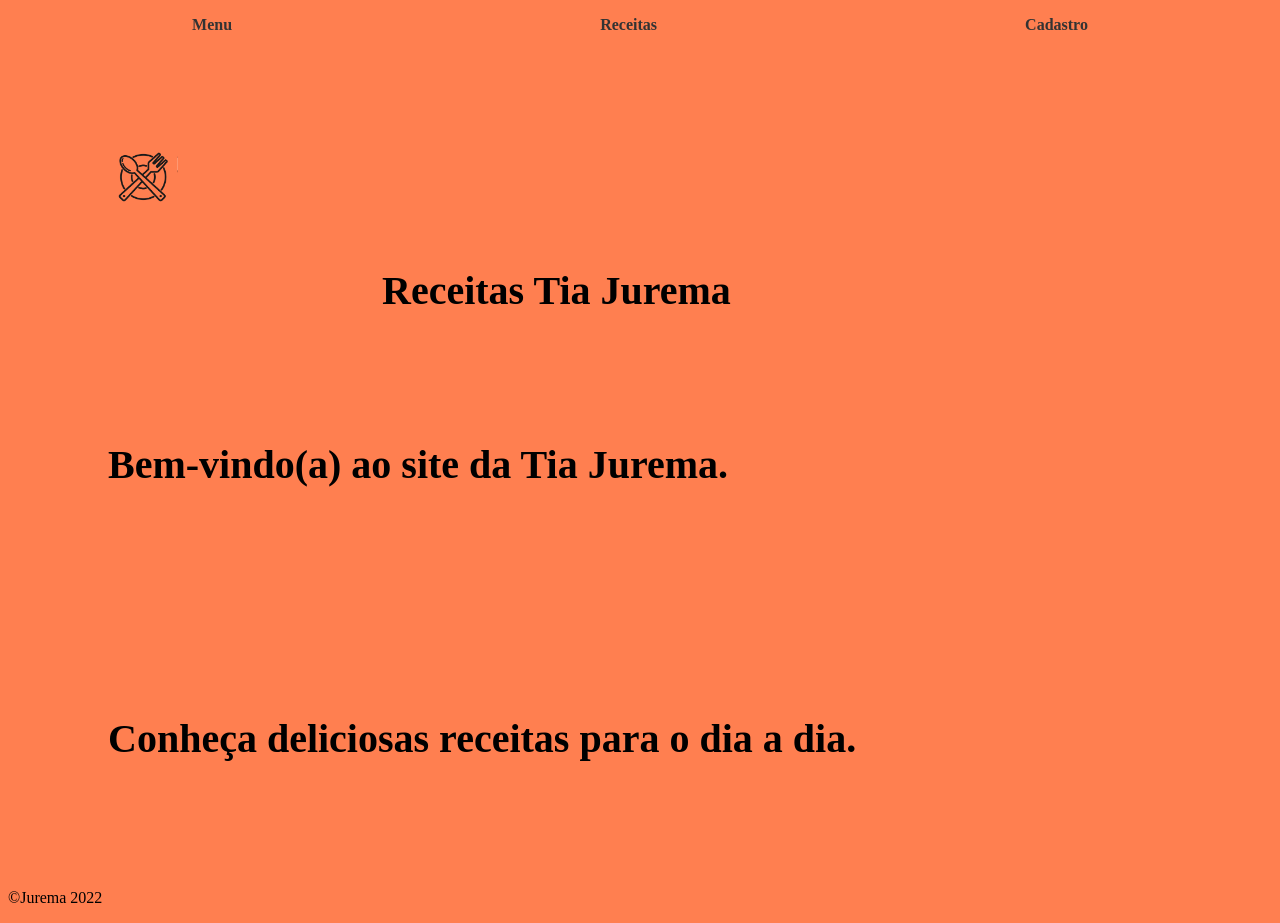
Repository: devropaes/RECEITAS
Page: OneDrive/Área de Trabalho/Estudos/Estácio/receitas/menu.html
These files come from the project's save history. The page is drawn as it stood at one moment and after the next save; the edit follows.
The browser window is 1280 px wide. The pictures show the whole page.
Some web libraries are served in a nearby version.

Above is the page before, as saved 2024-03-12 13:40:23.

### OneDrive/Área de Trabalho/Estudos/Estácio/receitas/menu.html
<!DOCTYPE html>
<html lang="pt-br" ></html>
<head>
  <head>
    <meta charset="UTF-8">
    <meta http-equiv="X-UA-Compatible" content="IE=edge">
    <meta name="viewport" content="width=device-width, initial-scale=1.0">
    <script src="https://kit.fontawesome.com/a076d05399.js" crossorigin="anonymous"></script>
    <link rel="stylesheet" href="./menu.css">
    <link rel="stylesheet" href="./assets/Foto3.png">

    <title>Menu</title>
    <link rel="stylesheet" href="./menu.css">
    </head>
<body>

    <ul class="navlist">
      <li><a href="home.html">Menu</a></li>
      <li><a href="receitas.html">Receitas</a></li>
      <LI><a href="cadastro.html">Cadastro</a></LI>
    </ul>

    <main class="logo">
        <img src="./assets/Foto3.png" alt="logo">
              <a class = "receitas__tia__jurema"> <strong>Receitas Tia Jurema</strong> </a>
              <div class=" apresentacao">
                <h1>Bem-vindo(a) ao site da Tia Jurema.</h1>
                <h1>Conheça deliciosas receitas para o dia a dia.</h1>
            </div>

      </main>
      </body>


      <footer class="rodape">
           <p>&copy;Jurema 2022 </p>
      </footer>

### OneDrive/Área de Trabalho/Estudos/Estácio/receitas/menu.css

@import url('https://fonts.googleapis.com/css2?family=Krona+One&family=Montserrat:wght@400;600&display=swap');

:root {
    --cor-primaria:#ff7f50;
    --cor-secundaria:#333;
    --cor-terciaria:#000;
    --cor-hover:#fff;

    --font-primaria:var("Arial, Helvetica", sans-serif);
    --font-secundaria:var("Krona-One", sans-serif);

}

*{
    marging: 0;
    padding: 0;
}

img {
    width: 70px;
    padding: 100px;
}

.receitas__tia__jurema, h1 {
    font-size: 2.5em;
    justify-content: center;
    padding: 100px;

}

.navlist {
    list-style: none;
    padding: 0;
    display: flex;
    justify-content: space-around;
    color: var(--cor-secundaria);
    font-weight: 600;

}

.navlist li {
    margin: 0;
  }

  .navlist a {
    text-decoration: none;
    color: var(--cor-secundaria);
    font-size: 16px;
    font-weight: 600;
    font-family: var(--font-primaria);
  }

  body {
    background-color: var(--cor-primaria);
    font-family: var(--font-secundaria;
    font-size: 2.5em;
    font-weight: 600;
    justify-content:center;
}


.rodape {
    background-color: var(--cor-terciaria);
    color: var(--cor-hover);
    text-align: center;
    padding: 2px;
    position: fixed;
    border-bottom:var(--cor-hover);
    left: 0; /* Alteração aqui para fixar o rodapé no lado esquerdo */
    bottom: 0%;
    width: 100%;
    margin: 0%;
    max-width: 100%;
  }

After the next save:
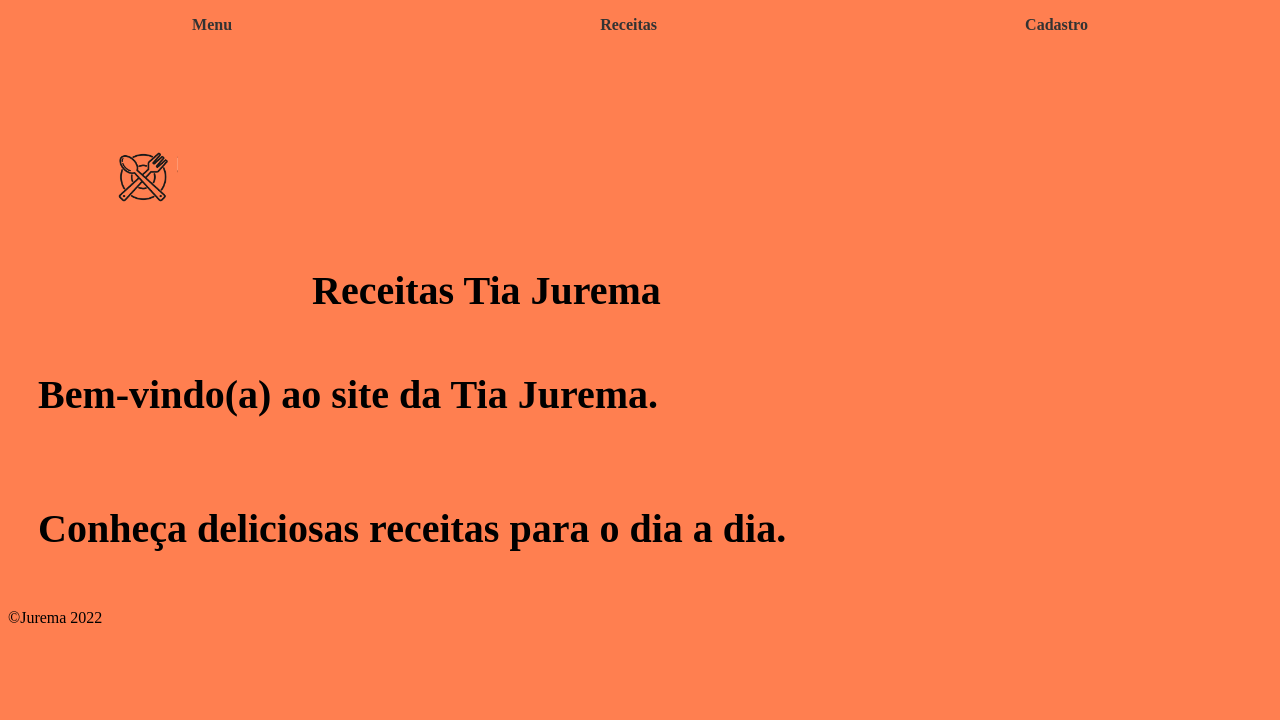
Saved 20 s later.
--- a/OneDrive/Área de Trabalho/Estudos/Estácio/receitas/menu.css
+++ b/OneDrive/Área de Trabalho/Estudos/Estácio/receitas/menu.css
@@ -25,7 +25,7 @@ img {
 .receitas__tia__jurema, h1 {
     font-size: 2.5em;
     justify-content: center;
-    padding: 100px;
+    padding: 30px;
 
 }
 
